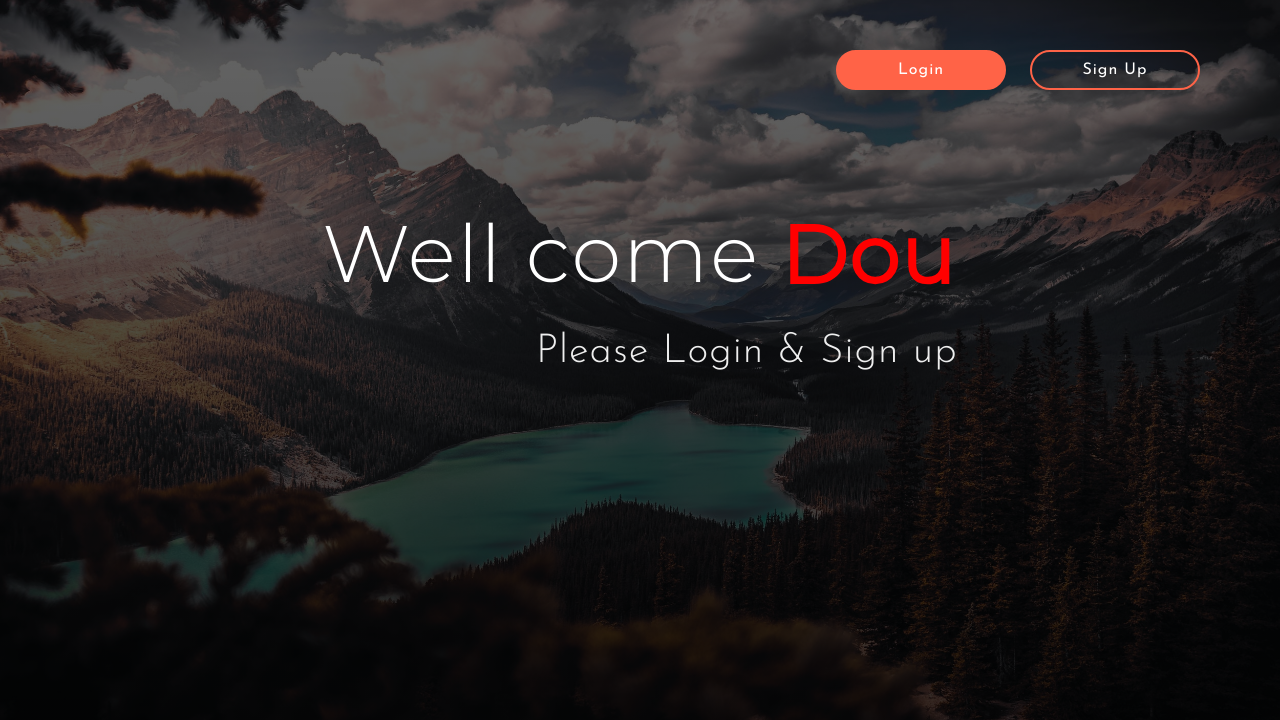
Repository: motamedipour2022/javascript_project
Page: model_form1/index.html
The author's editor kept a copy of each file at every save. The page is drawn from the files as they stood at one save, then again after the next save.
The browser window is 1280 px wide. The pictures show the whole page.
Some web libraries are served in a nearby version.

Above is the page before, as saved 2022-12-20 12:27:23.

After the next save:
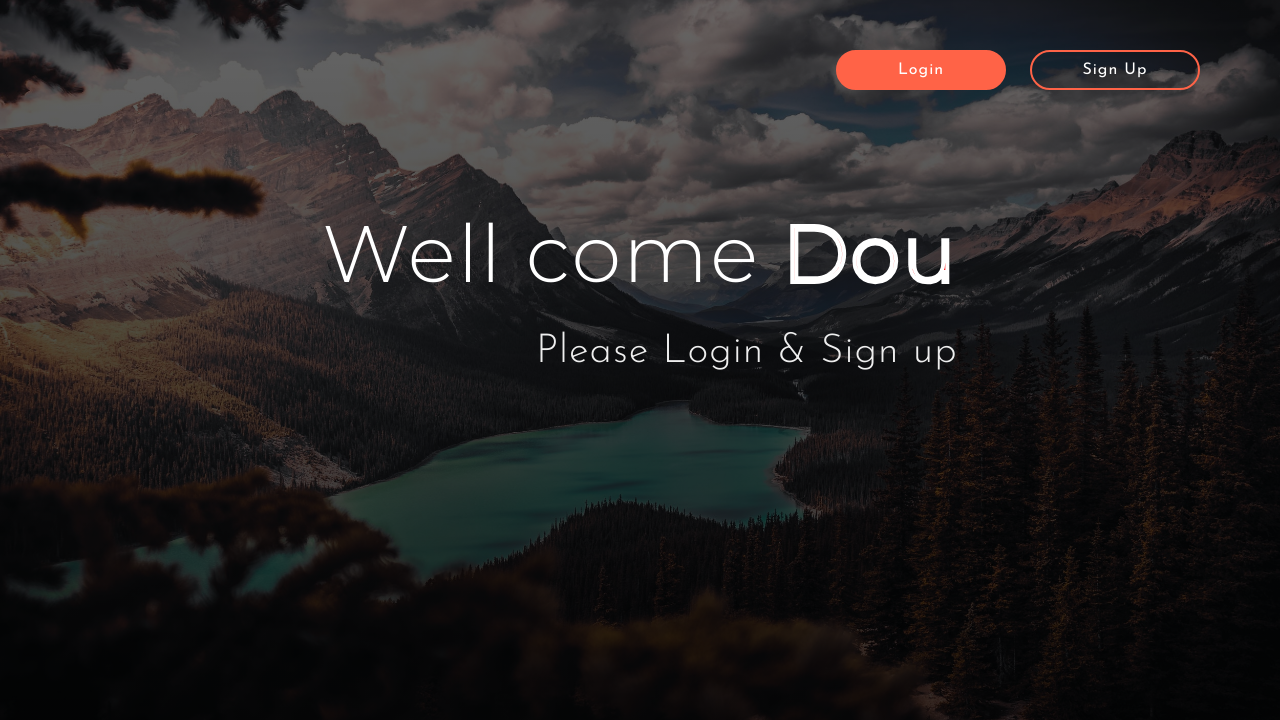
Saved 8 s later.
--- a/model_form1/style.css
+++ b/model_form1/style.css
@@ -28,7 +28,7 @@
 }
 .banner-text h1 span{
   color: red;
-  -webkit-text-stroke: 4px ;
+  -webkit-text-stroke: 4px white;
 }
 .banner-text p {
   color: #eee;
